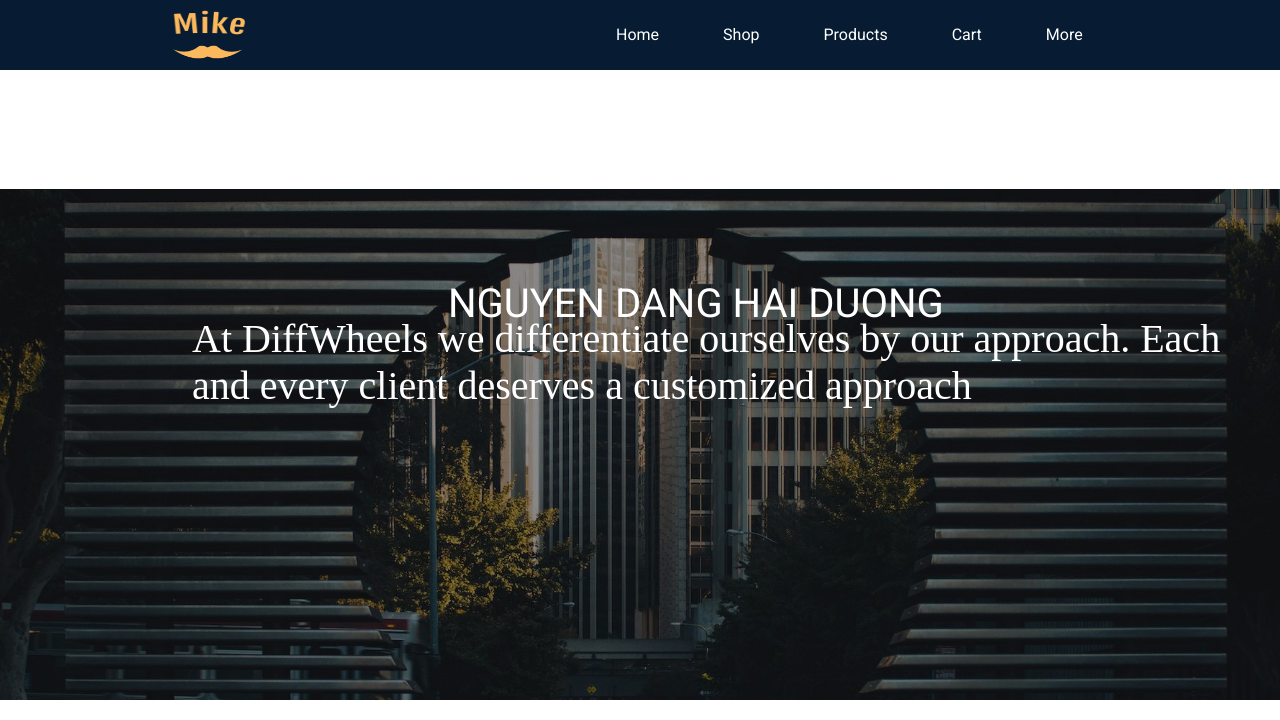
Repository: haiduong7499/Personal-Profile
Page: index.html
The author's editor kept a copy of each file at every save. The page is drawn from the files as they stood at one save, then again after the next save.
The browser window is 1280 px wide. The pictures show the whole page.

Above is the page before, as saved 2021-02-28 00:38:54.

### index.html
<!DOCTYPE html>
<html lang="en">
<head>
    <meta charset="UTF-8">
    <meta http-equiv="X-UA-Compatible" content="IE=edge">
    <meta name="viewport" content="width=device-width, initial-scale=1.0">
    <link rel="stylesheet" href="style/style.css">
    <link rel="stylesheet" href="style/base.css">
    <link rel="preconnect" href="https://fonts.gstatic.com">
    <link rel="preconnect" href="https://fonts.gstatic.com">
<link href="https://fonts.googleapis.com/css2?family=Roboto:wght@400;700&display=swap" rel="stylesheet">
    <title>Project</title>
</head>
<body>
    <div id="header">
        <img src="./asset/5c0eefeb-053e-4086-8d42-7e5a35580c82_200x200.png" alt="">
            <ul id="navbar">

                <li><a href="#">Home</a></li>
                <li><a href="#">Shop</a></li>
                <li><a href="#">Products</a></li>
                <li><a href="#">Cart</a></li>
                <li><a href="#">More</a></li>
            </ul>
    </div>

    <div id="banner">
        <div class="banner-img">
            <img src="./asset/home-parallax.jpg" alt="">
        </div>

        <div class="banner-text">
            <h2>Nguyen Dang Hai Duong</h2>
            <p>At DiffWheels we differentiate ourselves by our approach. Each and every client deserves a customized approach <br>
            </p>
        </div>
    </div>



    <div id="content">
        <div>
            <h2></h2>
            <p></p>
        </div>
        <div>
            <h2></h2>
            <p></p>
        </div>
        <div>
            <h2></h2>
            <p></p>
        </div>
    </div>

</body>
</html>

### style/style.css
*{
    padding: 0;
    margin: 0;
    box-sizing: border-box;
}
html{
    font-family: 'Roboto', sans-serif;
}

#header {
    display:flex;
    justify-content: space-around;
    height:70px;
    background:#071C33;
    position: fixed;
    top: 0;
    left: 0;
    right: 0;
    z-index: 1;
}
#header img{
    margin: 8px 0;
    width: 84px;
    height: 53px;
}

#navbar li {
    list-style: none;
    line-height: 70px;
    display:inline-block;
}

#navbar li a{
    display: inline-block;
    padding: 0 30px;
    line-height: 70px;
    text-decoration: none;
    color: #fff;
}
#navbar li:hover a{
    background-color: #fcb85d;
    color: #071C33;
}

#banner{
    width:100%;
    height:700px;
    position:relative;
    overflow:hidden;
}

#banner .banner-img img{
    position:absolute;
    bottom:-150px;
    width:100%;
}
#banner .banner-text{
}

#banner .banner-text h2{
    color: #fff;
    position:absolute;
    top: 40%;
    left: 35%;
    font-family: inherit;
    font-weight: 500;
    font-size: 40px;
    text-transform: uppercase;
}

#banner .banner-text p{
    color: #fff;
    position:absolute;
    top: 45%;
    left: 15%;
    font-family:'Times New Roman', Times, serif;
    font-weight: 400;
    font-size: 40px;
}

Loaded but not shown: style/base.css (no stored copy; drawn as an empty file)

After the next save:
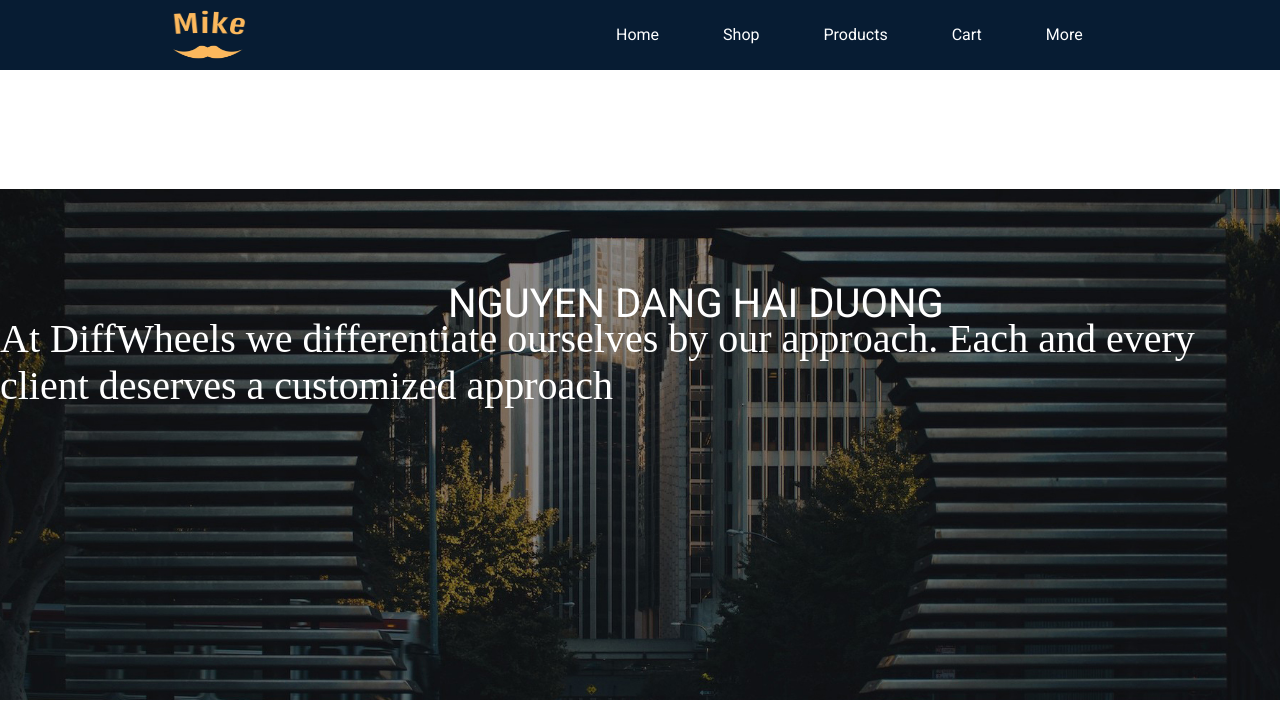
Saved 7 s later.
--- a/style/style.css
+++ b/style/style.css
@@ -72,7 +72,7 @@
     color: #fff;
     position:absolute;
     top: 45%;
-    left: 15%;
+    left: 0;
     font-family:'Times New Roman', Times, serif;
     font-weight: 400;
     font-size: 40px;
